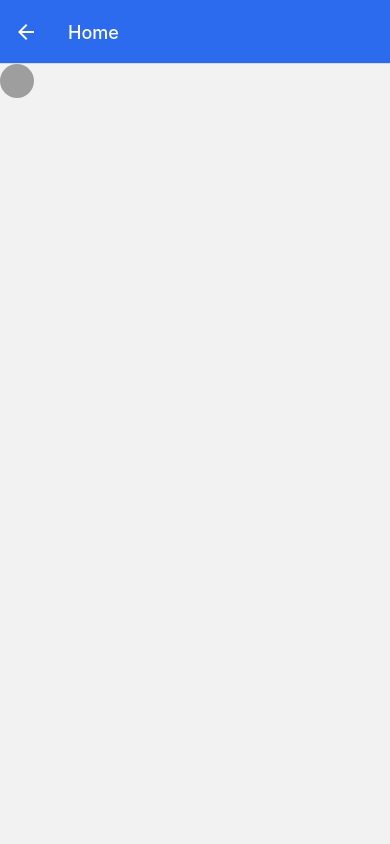
Repository: TheBoringBOT/signal-clone-reactnative-learn
Screen: /Home
The author's editor kept a copy of each file at every save. The screen is drawn from the files as they stood at one save, then again after the next save.
Pictures or frames that could not be fetched are drawn as grey boxes. The app was drawn by React Native's web renderer in a window 390 px wide. The project was rebuilt for these pictures with package versions that can differ from the ones it lists, and the page was loaded fresh each time. Also part of the build but not shown: screens/RegisterScreen.js.

Above is the screen before, as saved 2022-01-23 21:49:45.

After the next save:
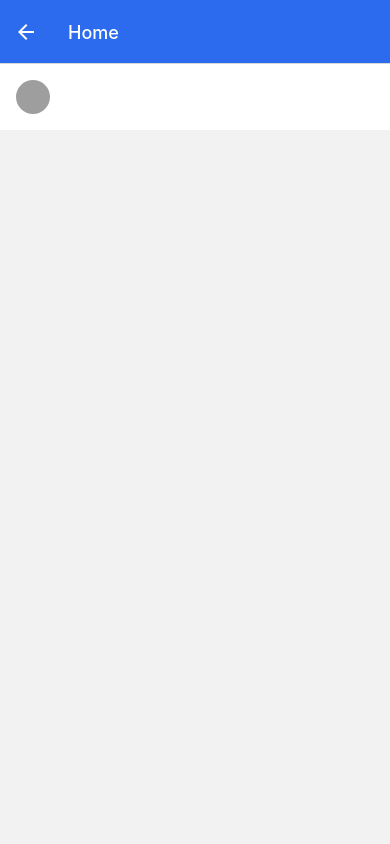
Saved 61 s later.
--- a/components/CustomListItem.js
+++ b/components/CustomListItem.js
@@ -4,14 +4,15 @@ import React from "react";
 
 const CustomListItem = () => {
   return (
-    <View>
+    <ListItem>
       <Avatar
         rounded
         source={{
           uri: "https://i.pravatar.cc/50",
         }}
       />
-    </View>
+      <ListItem.Content></ListItem.Content>
+    </ListItem>
   );
 };
 
